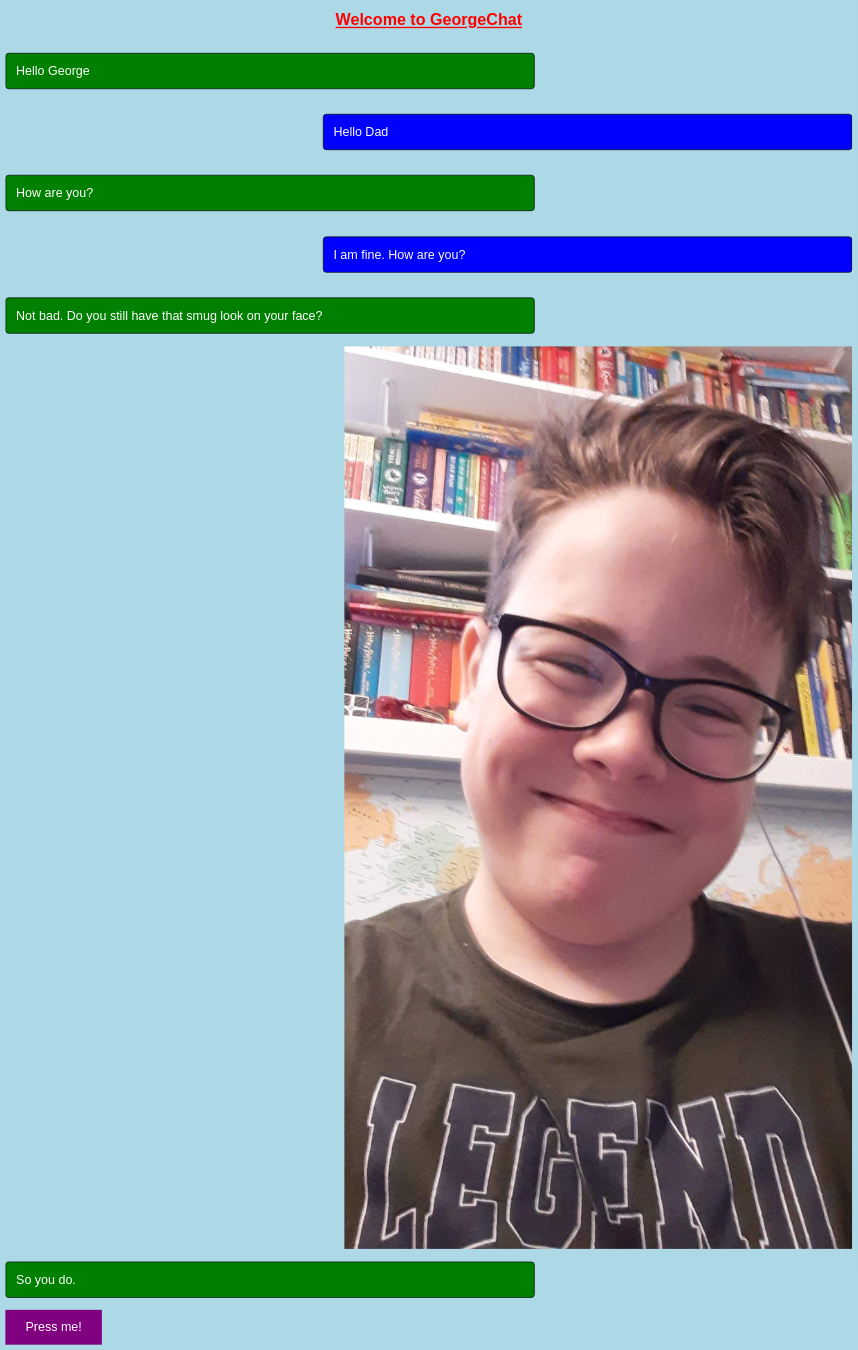
Repository: georgefyles/playground
Page: playground/src/resources/html/test.html
The author's editor kept a record of every edit. The page is drawn from the files as they stood at one moment, then again after the next edit.
The browser window is 1280 px wide. The pictures show the whole page, at 67% of full size.

Above is the page before.

### playground/src/resources/html/test.html
<!DOCTYPE html>
<html>

  <head>
	<title>Page Title</title>
	<link rel="stylesheet" href="test.css" type="text/css" />
  </head>

  <body>

    <h1 id="chat-title">Welcome to GeorgeChat</h1>

    <div id="chat-messages">

      <p class="you-talking">Hello George</p>

      <p class="me-talking">Hello Dad</p>

      <p class="you-talking">How are you?</p>

  	  <p class="me-talking">I am fine. How are you?</p>

      <p class="you-talking">Not bad. Do you still have that smug look on your face?</p>

      <img src="../images/george.jpeg" class="me-talking chat-image" />

      <p class="you-talking">So you do.</p>

    </div>

    <div id="chat-controls">
      <button>Press me!</button>
    </div>

  </body>
</html>

### playground/src/resources/html/test.css
body {
    background-color: lightblue;
    font-family: Arial, Helvetica, sans-serif;
}

#chat-title {
    font-size: 18pt;
    text-align: center;
    color: red;
    text-decoration: underline;
}

button {
    background-color: purple;
    border: none;
    color: white;
    padding: 15px 30px;
    font-size: 14pt;
}

#chat-messages {
    overflow: auto;
}

p {
    display: inline-block;
    color: white;
    font-size: 14pt;
    border: 1px solid black;
    border-radius: 5px;
    padding: 15px;
    width: 60%;
}

.you-talking {
    background-color: green;
    float: left;
    clear: right;
}

.me-talking {
    background-color: blue;
    float: right;
    clear: left;
}

img.chat-image {
    width: 60%;
}

After the next edit:
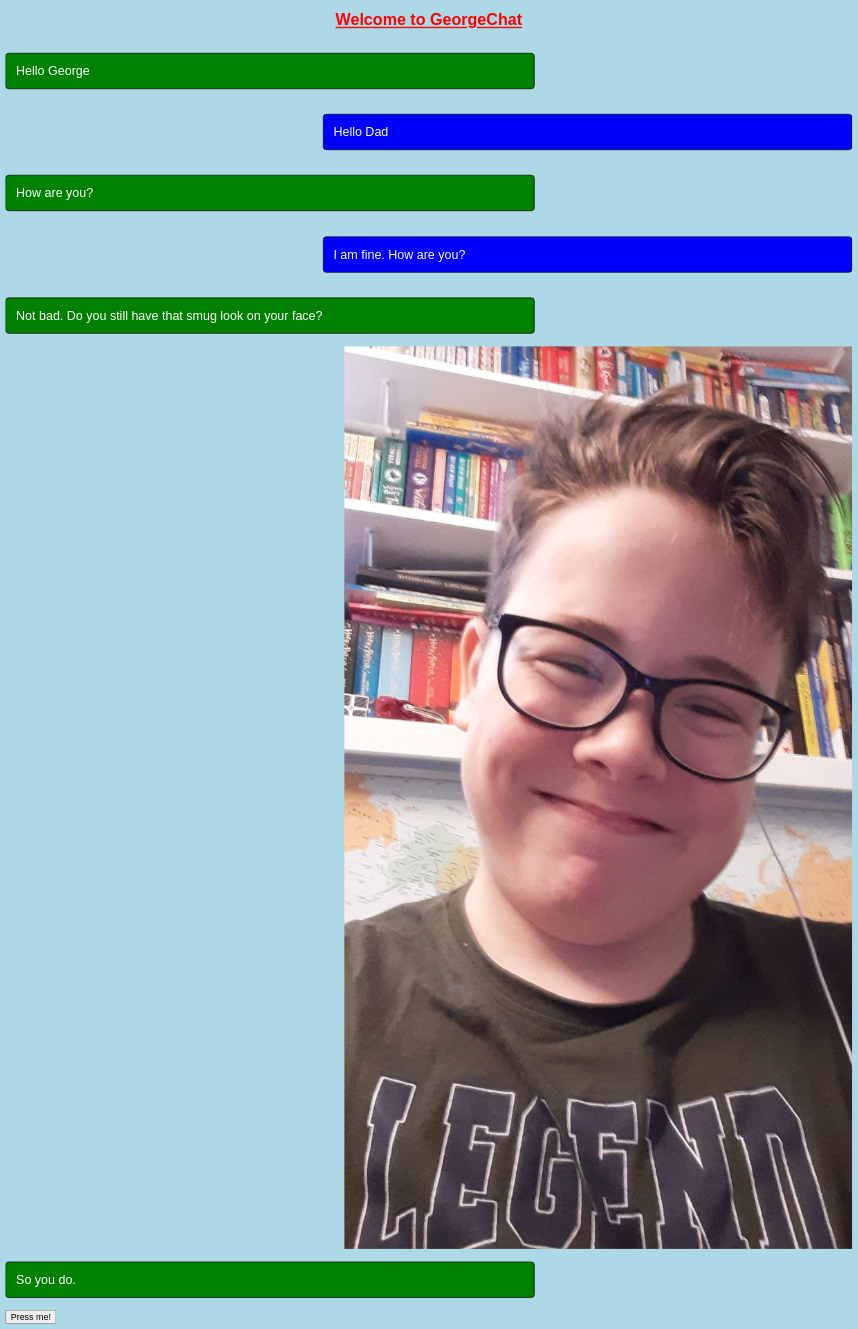
The edit:
--- a/playground/src/resources/html/test.css
+++ b/playground/src/resources/html/test.css
@@ -8,14 +8,6 @@
     text-align: center;
     color: red;
     text-decoration: underline;
-}
-
-button {
-    background-color: purple;
-    border: none;
-    color: white;
-    padding: 15px 30px;
-    font-size: 14pt;
 }
 
 #chat-messages {

After the edit that followed:
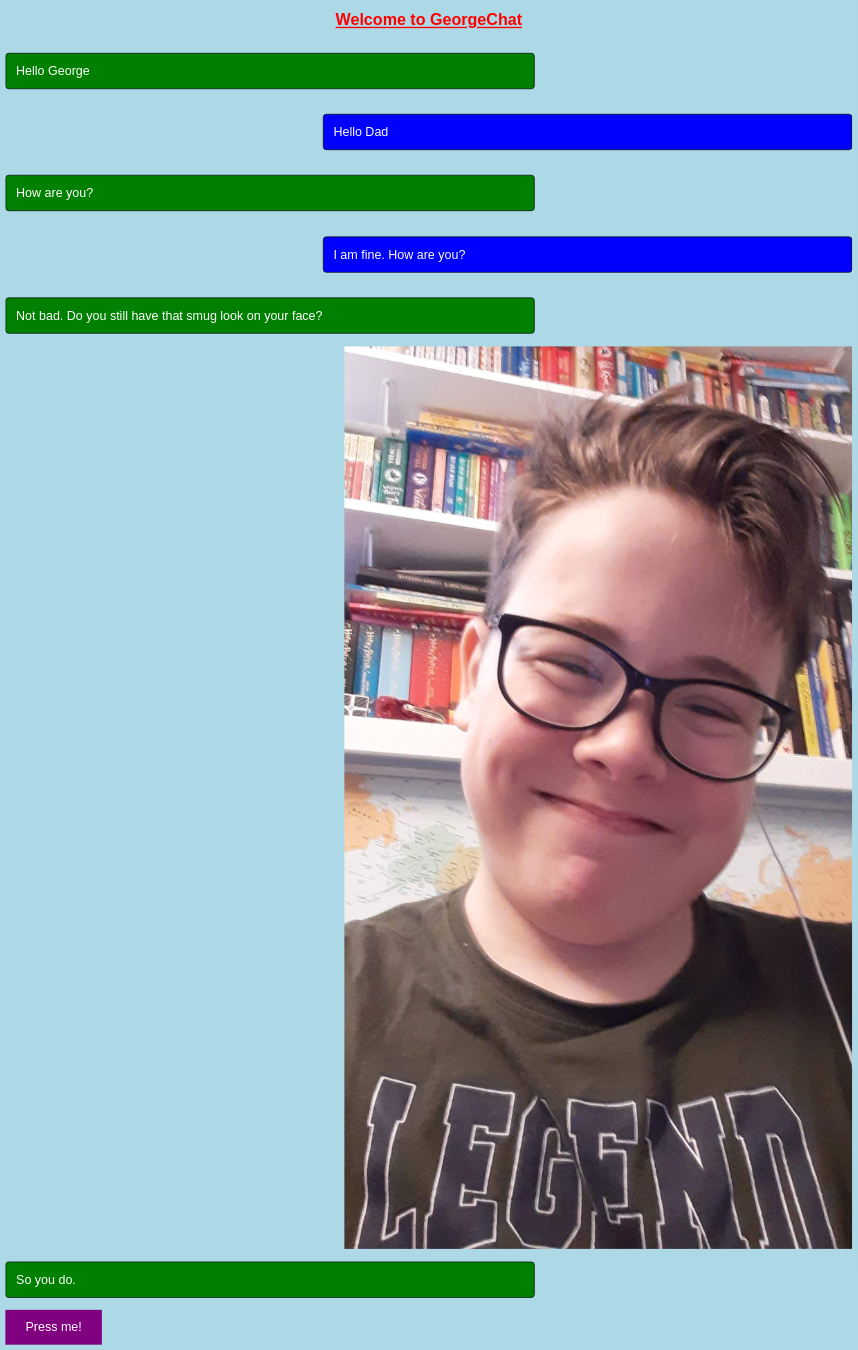
The edit:
--- a/playground/src/resources/html/test.css
+++ b/playground/src/resources/html/test.css
@@ -39,3 +39,11 @@
 img.chat-image {
     width: 60%;
 }
+
+button {
+    background-color: purple;
+    border: none;
+    color: white;
+    padding: 15px 30px;
+    font-size: 14pt;
+}
